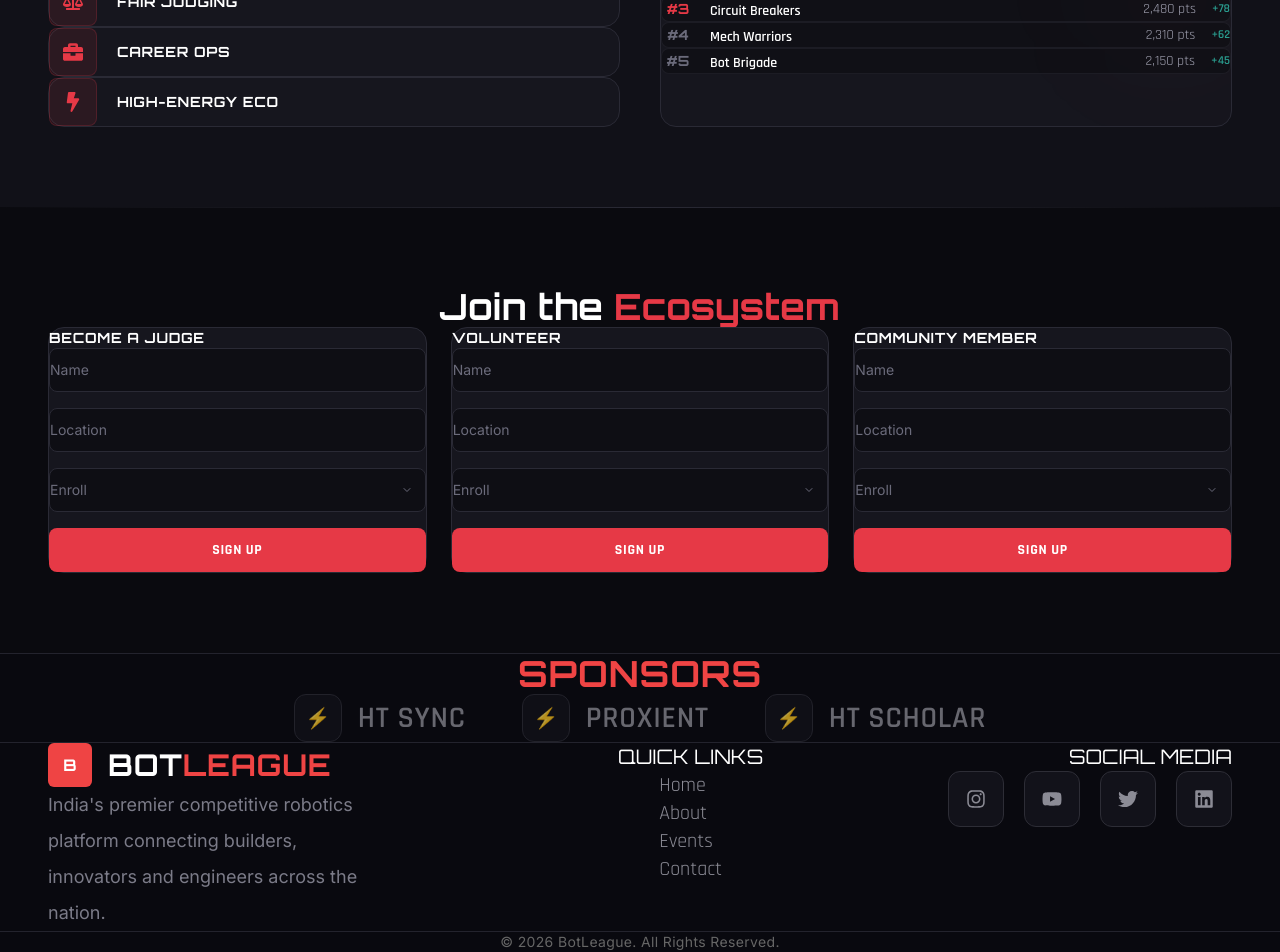
Repository: Debkumar04/botmakers-ai-shopping-assistant
Page: /
The author's editor kept a copy of each file at every save. The page is drawn from the files as they stood at one save, then again after a run of saves.
The browser window is 1280 px wide. The pictures show the part of the page from y = 3022 to 3974 px (the page is 3974 px tall).
The project was rebuilt for these pictures with package versions that can differ from the ones it lists, and the page was loaded fresh each time. Also part of the build but not shown: vite.config.ts.

Above is the page before, as saved 2026-07-24 09:42:17.

After the next 2 saves:
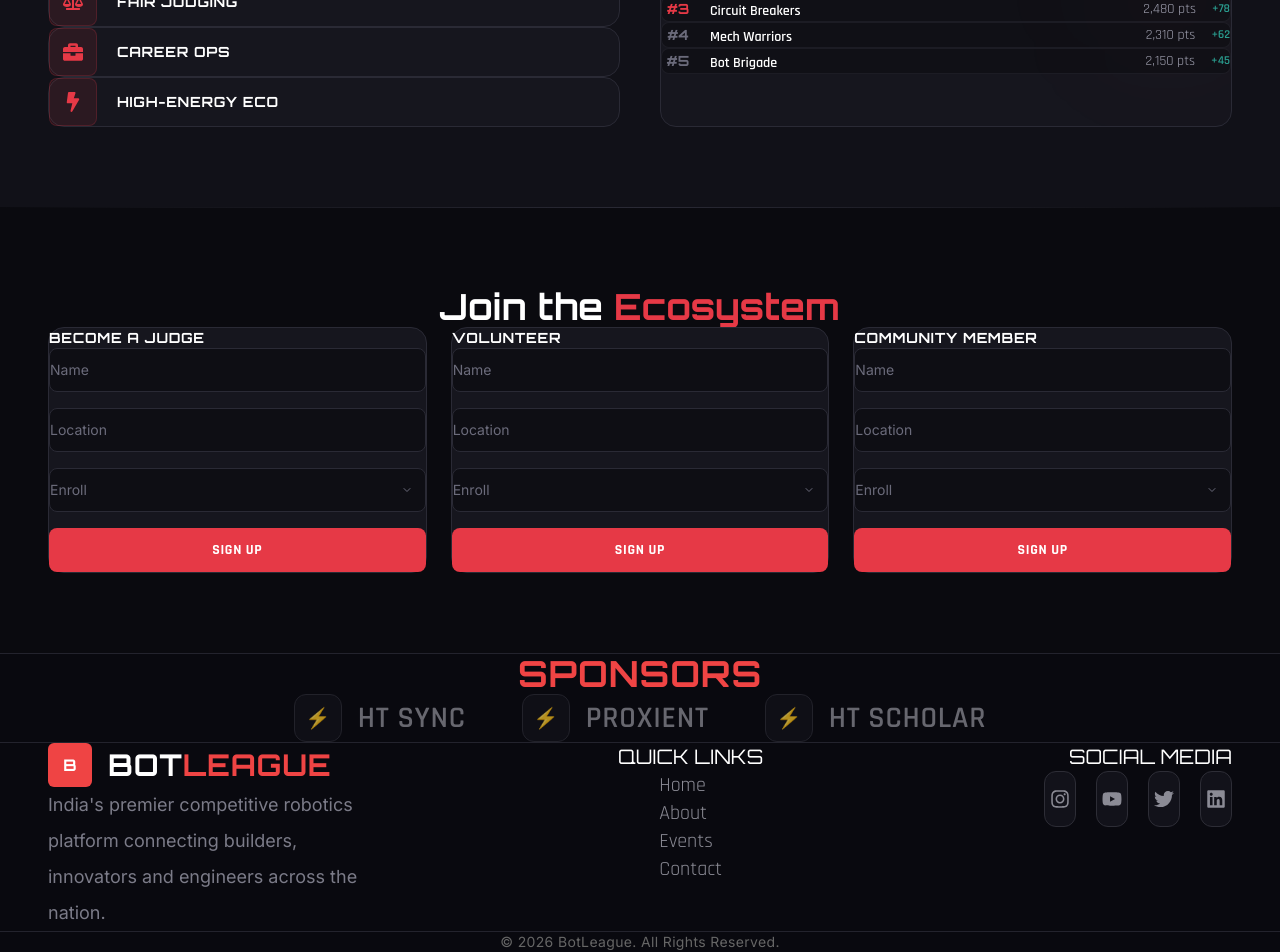
The 2 saves are shown as one change because they came seconds apart.
The last was saved 3 min 57 s later.
--- a/src/components/layout/Footer.tsx
+++ b/src/components/layout/Footer.tsx
@@ -98,7 +98,7 @@ export default function Footer() {
                 <a
                   key={item.label}
                   href={item.href}
-                  className="w-14 h-14 rounded-xl border border-[#2d2d36] bg-[#12121a] flex items-center justify-center text-[#8b8b95] text-xl hover:border-[#ef4444] hover:text-[#ef4444] transition-all duration-300"
+                  className="w-8 h-14 rounded-xl border border-[#2d2d36] bg-[#12121a] flex items-center justify-center text-[#8b8b95] text-xl hover:border-[#ef4444] hover:text-[#ef4444] transition-all duration-300"
                 >
                   {socialIcons[item.label]}
                 </a>
